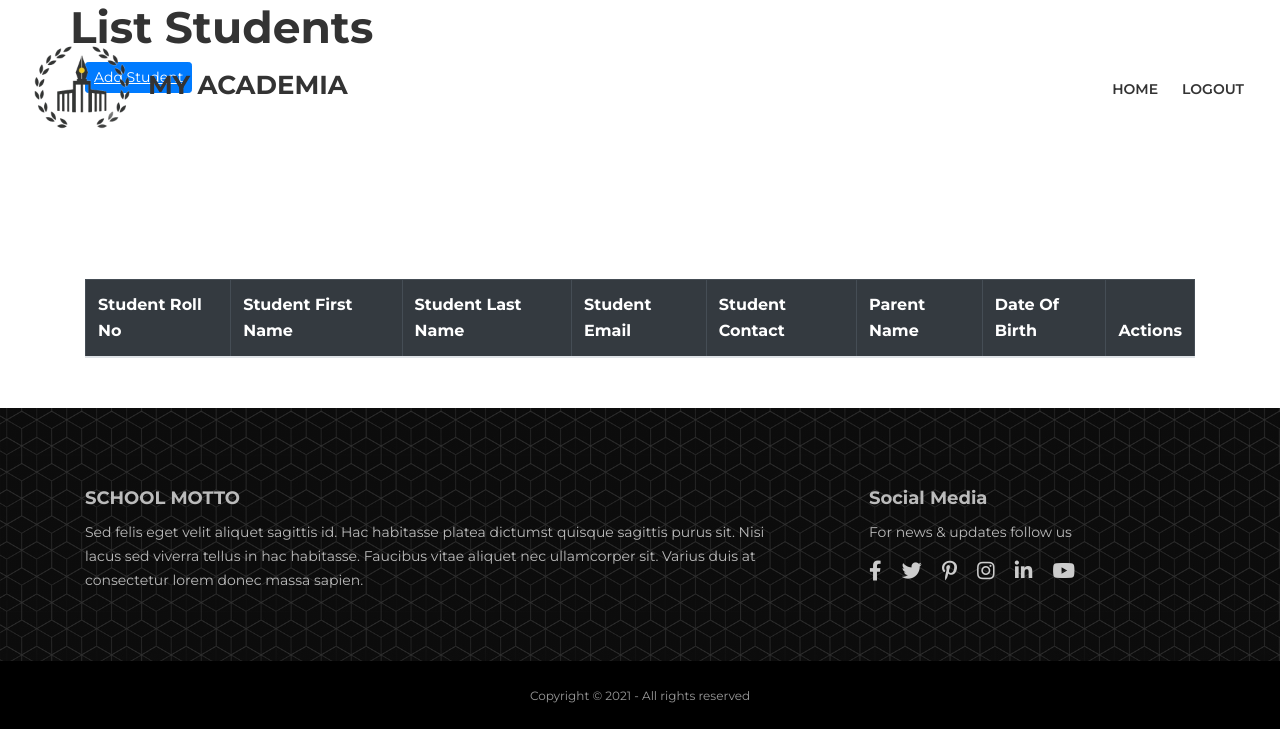
Repository: SaxenaAbhay/DBMS2023
Page: http://localhost/students
These files come from the project's save history. The page is drawn as it stood at one moment and after the next save; the edit follows.
The browser window is 1280 px wide. The pictures show the whole page.
The page is this project's Thymeleaf template; nobody is signed in. The template is opened directly, without the code that normally fills it, so the values that code supplies are empty.

Above is the page before, as saved 2023-10-22 10:58:26.

After the next save:
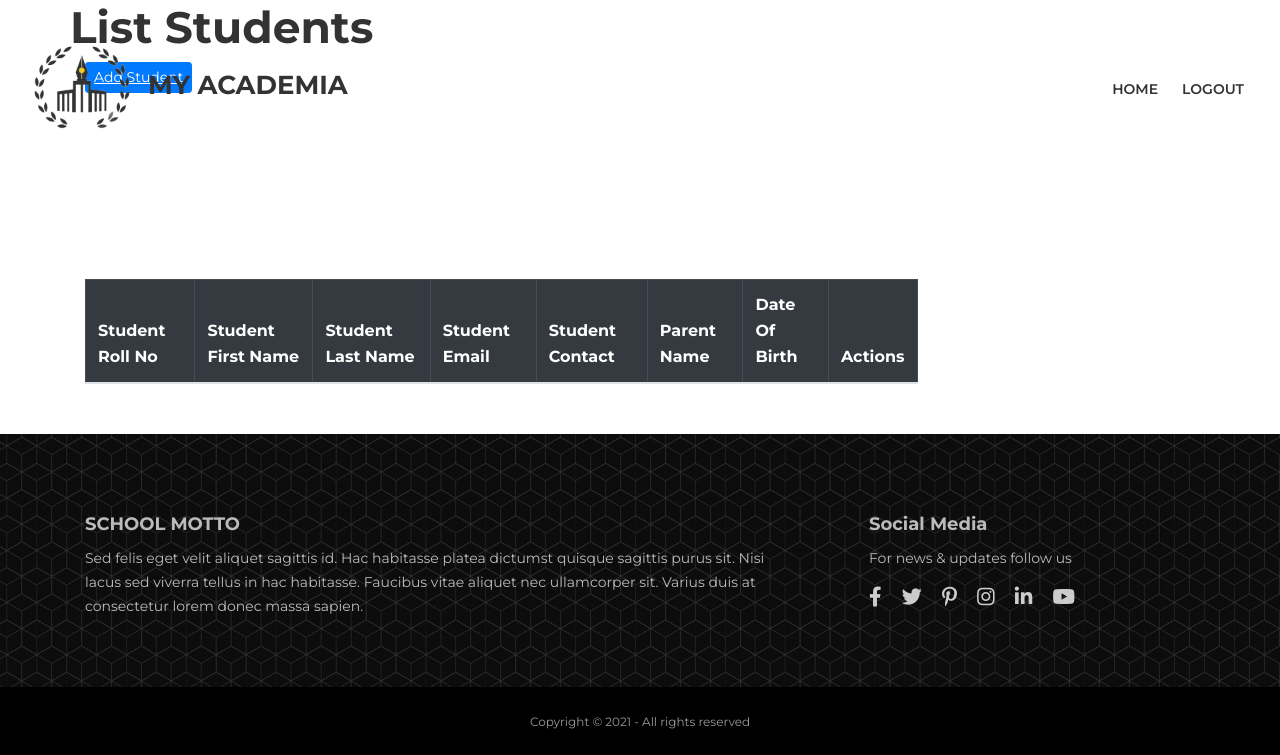
Saved 2 min 13 s later.
--- a/school-managment-system/src/main/resources/templates/students.html
+++ b/school-managment-system/src/main/resources/templates/students.html
@@ -133,7 +133,7 @@
                 <a th:href="@{/students/new}" class="btn btn-primary btn-sm mb-3">Add Student</a>
             </div>
         </div>
-		<table class="table table-striped table-bordered" >
+		<table class="table table-striped table-bordered table-hover table-condensed col-md-9" >
 		<thead class="table-dark">
 			<tr>
 				<th>Student Roll No</th>

After the save that followed:
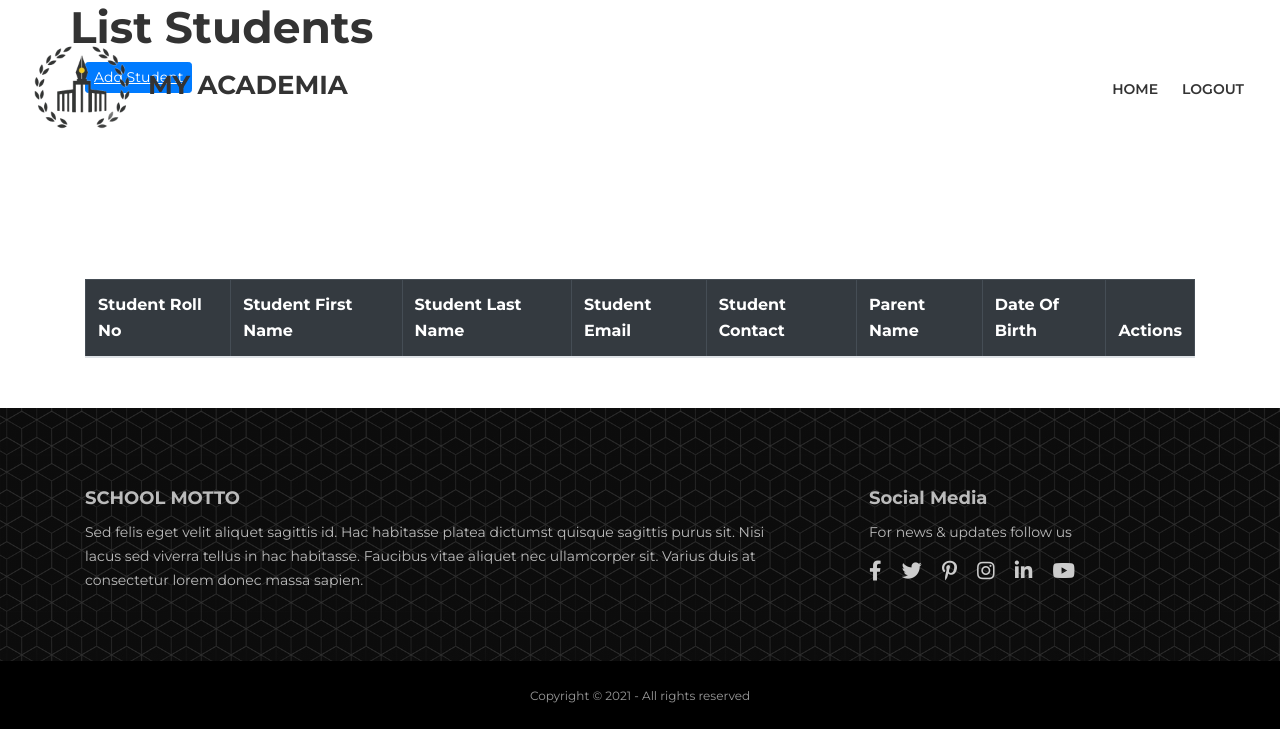
Saved 15 s later.
--- a/school-managment-system/src/main/resources/templates/students.html
+++ b/school-managment-system/src/main/resources/templates/students.html
@@ -133,7 +133,7 @@
                 <a th:href="@{/students/new}" class="btn btn-primary btn-sm mb-3">Add Student</a>
             </div>
         </div>
-		<table class="table table-striped table-bordered table-hover table-condensed col-md-9" >
+		<table class="table table-striped table-bordered" >
 		<thead class="table-dark">
 			<tr>
 				<th>Student Roll No</th>
